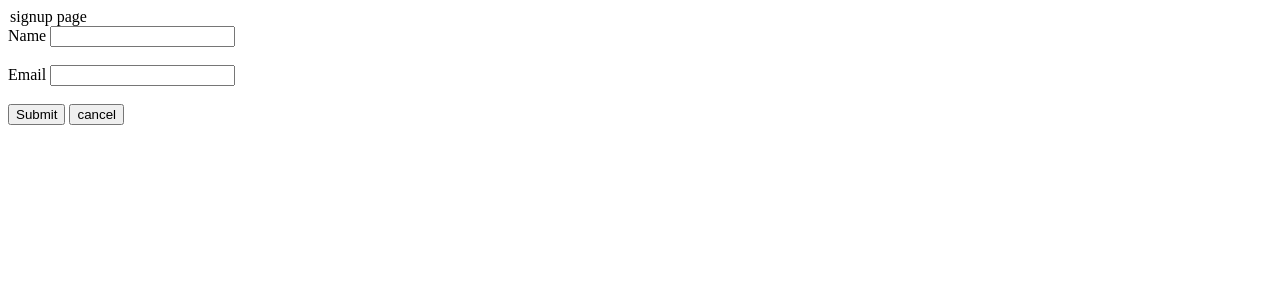
Repository: Altafalinadaf/SimpleProjects
Page: servletDemo6/src/main/webapp/index.html
The author's editor kept a copy of each file at every save. The page is drawn from the files as they stood at one save, then again after the next save.
The browser window is 1280 px wide. The pictures show the whole page.

Above is the page before, as saved 2023-10-31 05:25:54.

After the next save:
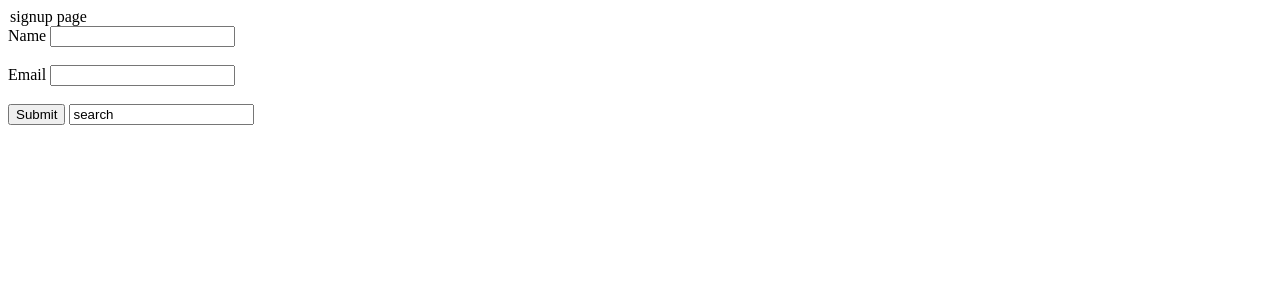
Saved 92 s later.
--- a/servletDemo6/src/main/webapp/index.html
+++ b/servletDemo6/src/main/webapp/index.html
@@ -16,8 +16,8 @@
 			<label for="email id">Email</label>
 			<input type="text" name="email" id="email id" /> <br /> <br />
 
-			<input type="button" value="Submit" />
-			<input type="button" value="cancel" />
+			<input type="submit" value="Submit" />
+			<input type="search" value="search" />
 
 		</field set>
 
